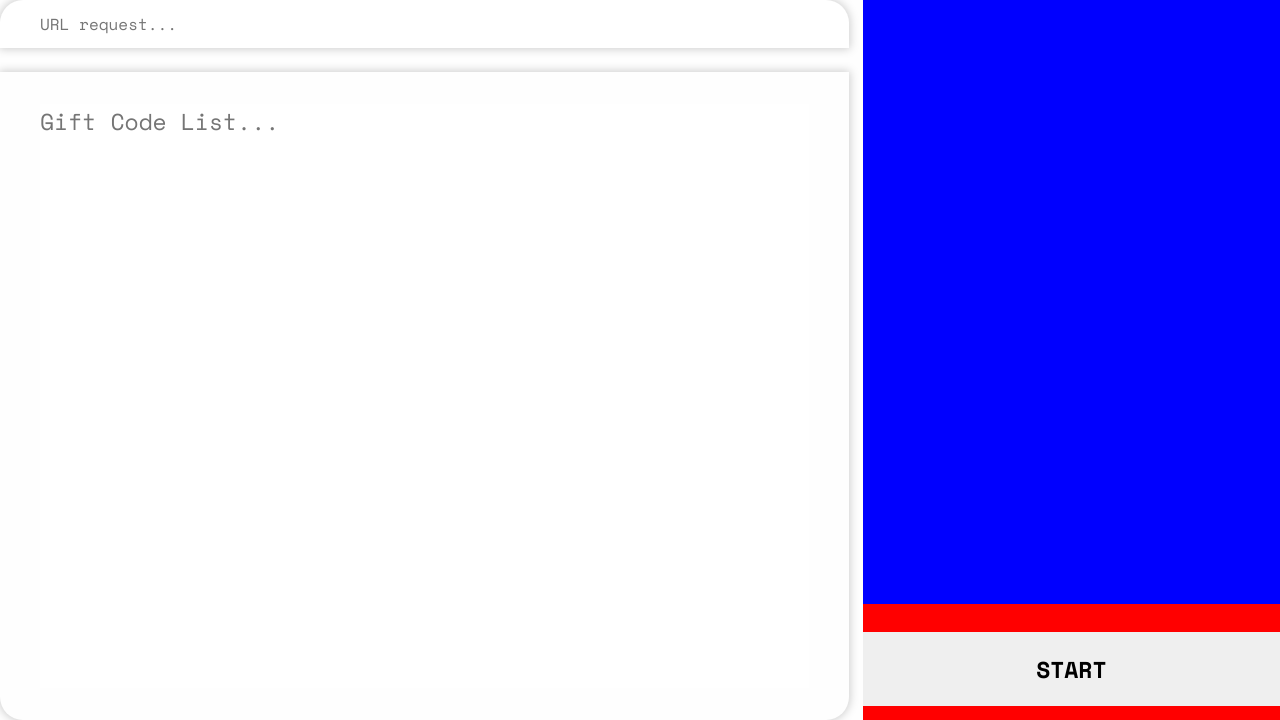
Repository: 777hanh777hanh/test
Page: index.html
These files come from the project's save history. The page is drawn as it stood at one moment and after the next save; the edit follows.
The browser window is 1280 px wide. The pictures show the whole page.

Above is the page before, as saved 2023-06-30 17:28:41.

After the next save:
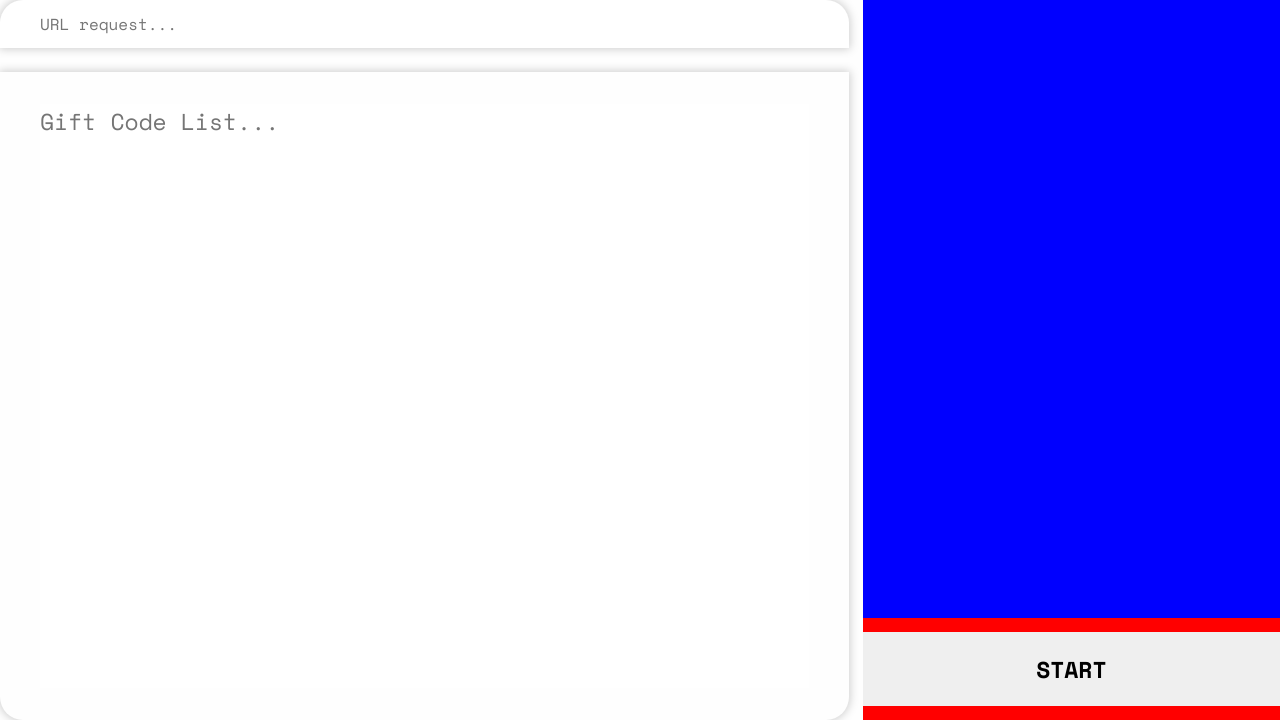
Saved 6 s later.
--- a/assets/css/style.css
+++ b/assets/css/style.css
@@ -85,7 +85,6 @@ html *::-webkit-scrollbar-track {
     display: flex;
     flex-direction: column;
     background: red;
-    row-gap: 14px;
 }
 
 .result {
